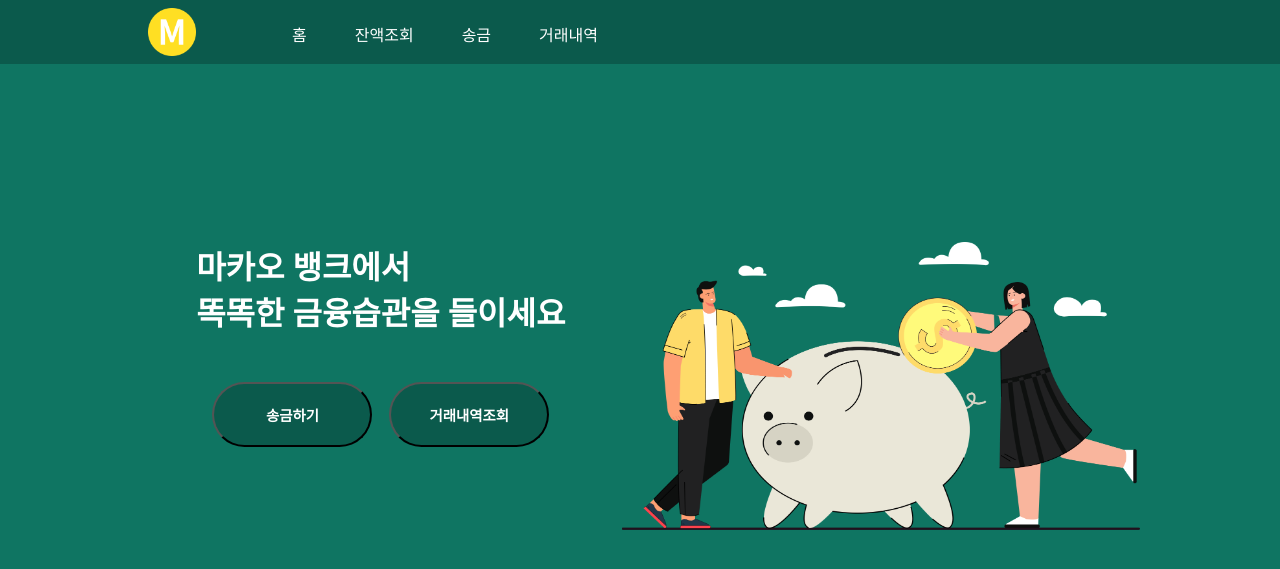
Repository: JiNookk/makaobank
Page: week06/makaoBank/index.html
An editor plug-in stored every save of this project. The page is shown before and after the next save, followed by the edit.
The browser window is 1280 px wide. The pictures show the whole page.

Above is the page before, as saved 2022-09-13 20:16:32.

After the next save:
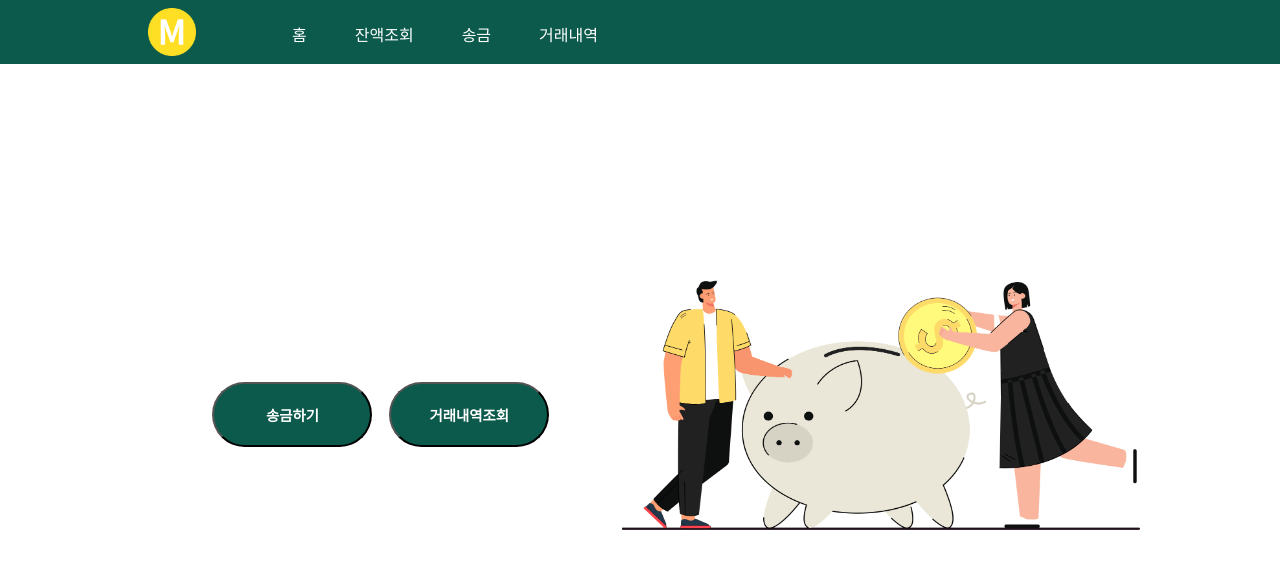
Saved 14 s later.
--- a/week06/makaoBank/css/layout.css
+++ b/week06/makaoBank/css/layout.css
@@ -18,7 +18,7 @@
     width: 100%;
     height: 100%;
 
-    background-image: url("../resources/man.png");
+    background: url("../resources/man.png") no-repeat;
     background-size: 30vh 50vh;
 }
 

After the 2 saves that followed:
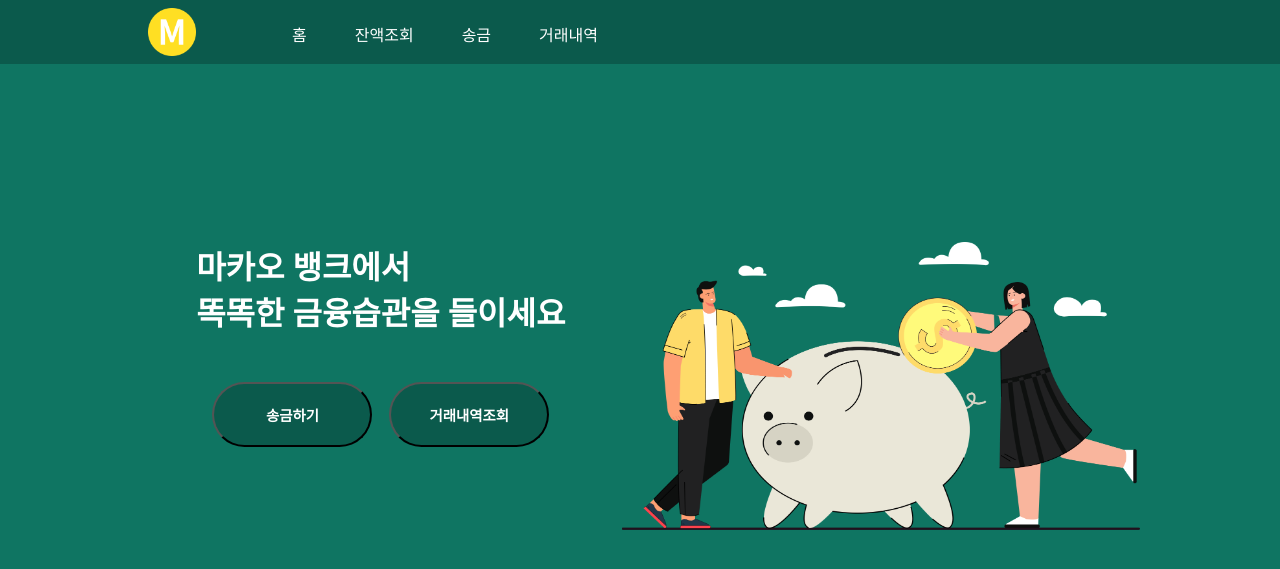
The 2 saves are shown as one change because 1 left the picture as it was.
The last was saved 43 s later.
--- a/week06/makaoBank/css/layout.css
+++ b/week06/makaoBank/css/layout.css
@@ -18,7 +18,7 @@
     width: 100%;
     height: 100%;
 
-    background: url("../resources/man.png") no-repeat;
+    background-image: url("../resources/man.png");
     background-size: 30vh 50vh;
 }
 
